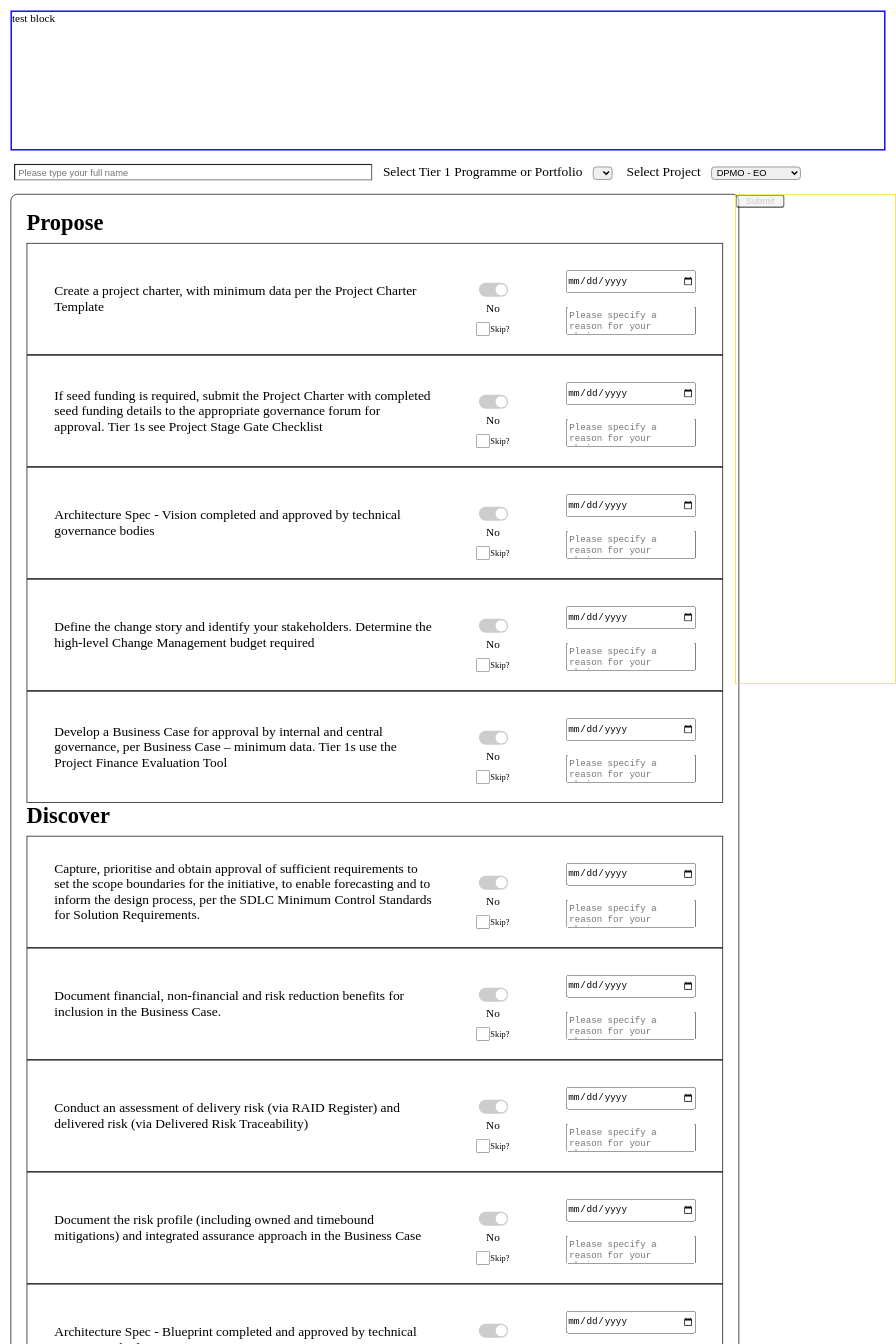
Repository: I-Alpha/JQuery-Html-form
Page: Project-form.html
The author's editor kept a copy of each file at every save. The page is drawn from the files as they stood at one save, then again after the next save.
The browser window is 1280 px wide. The pictures show the part of the page from y = 0 to 1920 px (the page is 8709 px tall), at 70% of full size.

Above is the page before, as saved 2020-10-27 01:09:03.

### Project-form.html
<!DOCTYPE html>
<html lang="en">

<head>
    <meta charset="UTF-8">
    <meta name="viewport" content="width=device-width, initial-scale=1.0">
    <link rel="preload" type="fetch" id="Excelfile" name="Excelfile" value="QuestionData.xlsx" />
    <script src="https://ajax.googleapis.com/ajax/libs/jquery/3.5.1/jquery.min.js"></script>
    <script src="https://cdnjs.cloudflare.com/ajax/libs/xlsx/0.14.5/xlsx.full.min.js"></script>
    <script src="https://cdnjs.cloudflare.com/ajax/libs/babel-polyfill/6.26.0/polyfill.js"></script>
    <script src="https://cdnjs.cloudflare.com/ajax/libs/xlsx/0.8.0/jszip.js"></script>
    <script src="https://cdnjs.cloudflare.com/ajax/libs/xlsx/0.8.0/xlsx.js"></script>
    <script src="main.js"></script>
    <link rel="stylesheet" href="main.css" />
    </style>
    <title>Document</title>
</head>

<body style=" display:flex; flex-direction: column; padding: 15px">
    <div id="testblock" name="testblock" style="border:2px solid blue; width: 100%; min-height:200px">test block</div>


    <div id="mainwrapper" style="justify-content: center;">
        <div id="preBar" class="container">
            <div id="formControl" class="container">    <input type= "text" id= "fullname" class= "required" placeholder="Please type your full name"></input>
                <label for="selectPorfolio">Select Tier 1 Programme or Portfolio
                    <select name="selectPorfolio" id="selectPorfolio" style=" margin :0 0 0 10px; max-width:8rem;"
                        placeholder="Select Portfolio"></select></label>
                <label for="selectProject">Select Project
                    <select name="selectProject" id="selectProject" style=" margin :0 0 0 10px; max-width:8rem; "
                        placeholder="Select Portfolio"></select></label>
            </div>

        </div>
        <div id="formContainer" class="container">
            <div id="wrapper">
                <form id="form1">

                    <table class="hidden">
                        <tr>
                            <td colspan=4 class="questCol">
                                <label class="questionLabel" for="mainCheck"></label>
                            </td>
                            <td colspan=1 class="inputCol">
                                <span class="inputContainer">
                                    <span class="mainCheckContainer" style=" display:flex; flex-direction: column;">
                                        <label class="switch">
                                            <input class="mainCheck" type="checkbox" checked>
                                            <span class="slider  round"></span>
                                        </label>
                                        <p for="mainCheck" class="mainChoice" data-val="Yes">No</p>
                                    </span>
                                    <span class="skipContainer" style="left : 6px; display:flex; ">
                                        <input class="skipCheck" type="checkbox">
                                        <p class="skipChoice">Skip?</p>
                                    </span>

                                </span>
                            </td>
                            <td colspan=2 class="altCol">
                                <input type="date" min="getDate()">
                                <textarea type="text"
                                    placeholder="Please specify a reason for your choice...."></textarea>
                            </td>
                        </tr>
                    </table>

                </form>
            </div><div></div>
            <div id= "progressBar"  style ="border : 1px solid gold ; width :230px; right: 0;  position: fixed; height: 700px">
            <button style="order:1; margin:0;" class = "disabled"id="submitbtn" type="submit" form="form1" value="Submit">Submit</button>
        </div>
        </div>

    </div>

</body>

</html>

### main.css

    * {
        box-sizing: border-box;
        margin: 0;
        padding: 0;
        color: black;

    }

    html {
        width: 100%;
        height: 100%;

    }


    label{
        font-size:.9rem;
       }

    body {
        width: 100%;
        height: 100%;
        display: flex;
        position: relative;
        flex-direction: column;
    }

    .hidden{
    display:none;
    visibility: none;
    opacity: 0;
   position:absolute;
    }
    .center {

        text-align: center;
    }

    .container {
        display: flex;
        position: relative;
    }


    h1 {
        margin-bottom: 10px;
    }

    #wrapper {
        border: solid 1px black;
        border-radius: 10px;
        padding: 20px;
        margin-bottom: 10px;

    }

    #mainwrapper{
        max-width: 98%;
    }
    p {
        color: black;
        font-size: 1rem;
        height: auto;
        width: auto;
    }

 .disabled{
     opacity: 60%;
     color:darkgray;
     pointer-events: none;
 }
  form{
      width:100%;
      height : auto;
  }

    .skipContainer {
        position: relative;
        align-items: center;
        left: 0;
        display: flex;
        margin-top: 10px;
    }

    .skipCheck {
        width: 20px;
        height: 20px;

    }

    .skipChoice {font-size: 12px;}


    .skipChoice,
    .skipCheck {
        position: relative;
        left: -10px;
    }

    /* slider */
    .switch {
        position: relative;
        display: inline-block;
        width: 42px;
        height: 20px;
    }

    .switch input {
        opacity: 0;
        width: 0;
        height: 0;
    }

    .slider {
        position: absolute;
        cursor: pointer;
        top: 0;
        left: 0;
        right: 0;
        bottom: 0;
        background-color: #ccc;
        -webkit-transition: .4s;
        transition: .4s;
    }

    .slider:before {
        position: absolute;
        content: "";
        height: 16px;
        width: 16px;
        right:2px;
        bottom: 2px;
        background-color: white;
        -webkit-transition: .4s;
        transition: .4s;
    }

    .mainCheck:checked+.slider {
        background-color: #2196F3;
    }

    .mainCheck:focus+.slider {
        box-shadow: 0 0 1px #2196F3;
    }

    .mainCheck:checked+.slider:before {
        -webkit-transform: translateX(-23px);
        -ms-transform: translateX(-23px);
        transform: translateX(-23px);
    }

    /* Rounded sliders */
    .slider.round {
        border-radius: 34px;
    }

    .slider.round:before {
        border-radius: 50%;
    }

    /*end of slider section*/

    button {
        margin: 10px;
        width: 70px;
        border-radius: 4px;
    }

    td {
         display: flex;
         flex-direction: column;
    }
    td > *{
         padding : 5px 0;
    }


    tr{
        height:10rem;   border: 1px solid black;
        border-collapse: collapse;
}

tr::after{
    border: 1px solid green;
    height:1px;
    content: :" ";
    width: 100%;
    position: relative;
    display: block;
}

td.inputContainer {
    display: inline-block;
    height:100%;
}

td.inputCol{
    display:flex;
    position: relative;
    text-align: center;
    align-items:center;
    min-height:100%;

}

  .questCol textarea{

   padding:  2px  3px;
   display: block;
   position: relative;
   min-width: 95%;
}



/* iPads (portrait and landscape) ----------- */
@media only screen
and (min-device-width : 768px)
and (max-device-width : 1024px) {
/* Styles */
}

/* iPads (landscape) ----------- */
@media only screen
and (min-device-width : 768px)
and (max-device-width : 1024px)
and (orientation : landscape) {
/* Styles */
}

/* iPads (portrait) ----------- */
@media only screen
and (min-device-width : 768px)
and (max-device-width : 1024px)
and (orientation : portrait) {
/* Styles */
}

/* Desktops and laptops ----------- */
@media only screen
and (min-width : 1224px) {
/* Styles */

 label {
     font-size: 1.2rem;
 }

#wrapper{
     min-width: 85%;
     height:auto;
    }

    .inputContainer{

        position: relative;
        top:15px;
     }

    td.inputCol{
        position: absolute;
        vertical-align: middle;


    }

    td {
        position: relative;
        justify-content: center;
        padding:10px 15px;}

    .questCol{
        position: relative;
        padding-right: 5px;
        max-width:35rem;
    }

    td.altCol{
        position: relative;
        height: 100%;
    }
     textarea{
        resize: none;
        display: block;
        font-size: 13px;
        text-align: start;
        align-content: flex-start;
         width:100%;
         top:10px;
         position: relative;
         margin-top:10px;
         padding: 4px 4px;
         align-items: flex-start;
    }

     td.altCol input {
         width:100%;
     }

    tr{
        display: flex;
        flex-direction: row;
        border: 1px solid black;
        border-collapse: collapse;
        justify-content: space-around;

    }


  #preBar{
   display: grid;
   flex-direction: row;
     grid-column: 3;
   margin : 10px 0;
  }



  #preBar >{
 display: flex;
 height:2rem;

  }

  #preBar label select{
    border-radius:5px;
    padding:0 3px;
  }

  #radioBtnBox label{
    margin: 0 20px;
  }

  #radioBtnBox label input{
    margin: 0 10px;
  }
  #radioBtnBox{
    margin-left:90px;
    border:1px solid black;
    padding: 10px 0;
}

#formControl select{

    margin: 0px 10px 0  0;
}
#formControl label{
   margin:10px;
    align-items:center;

}

 #fullname{
     position: relative;
     max-height:1.5rem;
     bottom:-9.2px;
     width: 32rem;
    border-radius:2px;
    padding:0 4px;
    margin: 0 5px 0 ;
    }

#form1 {


    position: relative;
display: flex;
flex-direction: column;
}

table{
    width:100%;
}


.mainChoice {
    display: flex;
    margin-top: 8px;
    left:10px;
    position: relative;
}

#formContainer{


}

td.inputContainer {
    display: inline-block;
    height:100%;
}

td.inputCol{
    display:flex;
    position: relative;
    vertical-align: middle;
    text-align: center;
    align-items:center;
    min-height:100%;

}
}

/* Large screens ----------- */
@media only screen
and (min-width : 1824px) {
/* Styles */
}

/* iPhone 4 ----------- */
@media
only screen and (-webkit-min-device-pixel-ratio : 1.5),
only screen and (min-device-pixel-ratio : 1.5) {
/* Styles */
}

Loaded but not shown: main.js (514 lines, source omitted)

After the next save:
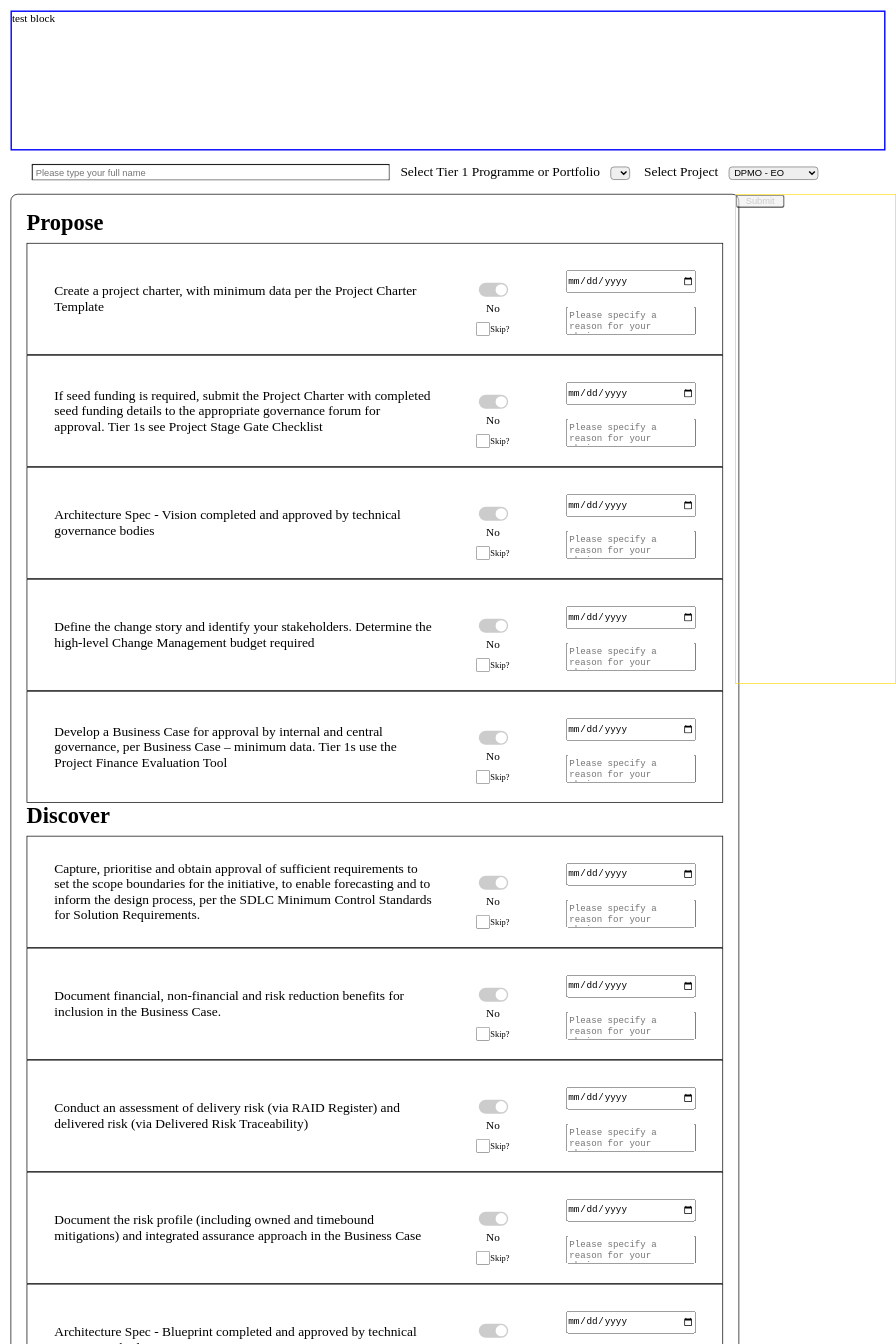
Saved 5 s later.
--- a/main.css
+++ b/main.css
@@ -357,7 +357,7 @@ and (min-width : 1224px) {
      width: 32rem;
     border-radius:2px;
     padding:0 4px;
-    margin: 0 5px 0 ;
+    margin: 0 5px 0 30px;
     }
 
 #form1 {
